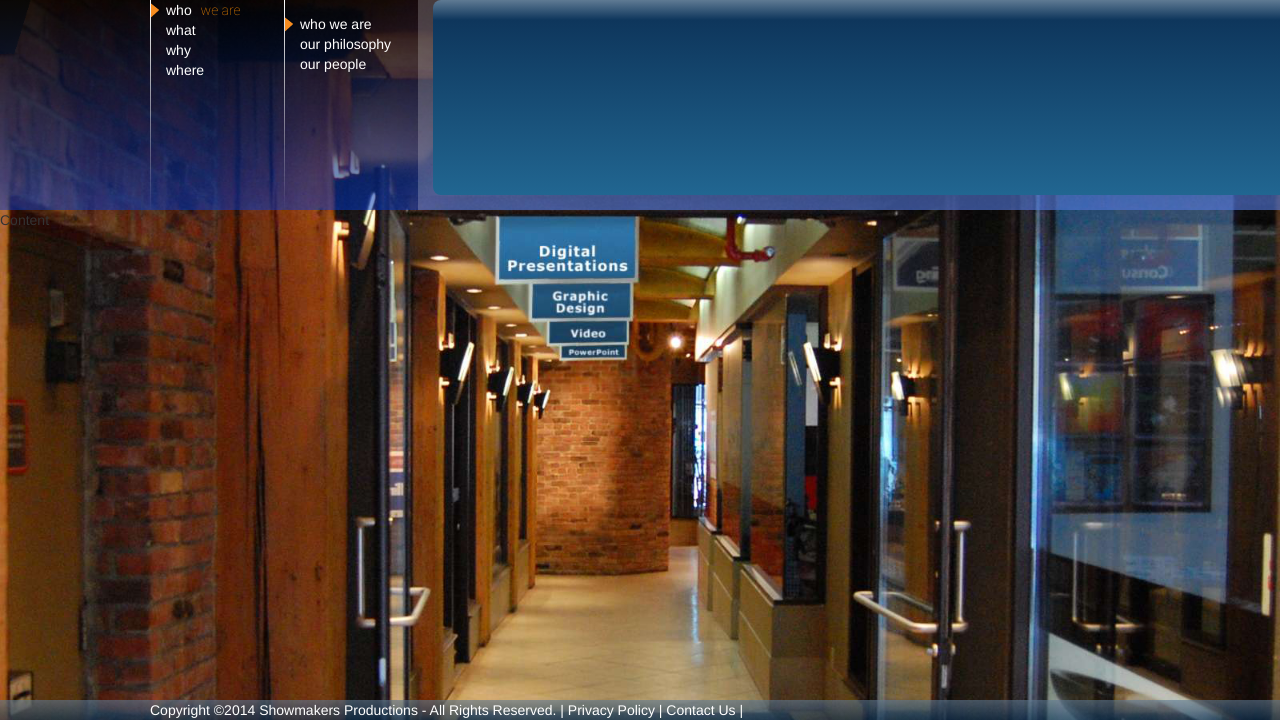
Repository: EddieMachete/showmakers
Page: index.html
The author's editor kept a record of every edit. The page is drawn from the files as they stood at one moment, then again after the next edit.
The browser window is 1280 px wide. The pictures show the whole page.

Above is the page before.
Console error: TypeError: Cannot read properties of undefined (reading 'querySelector')

After the next edit:
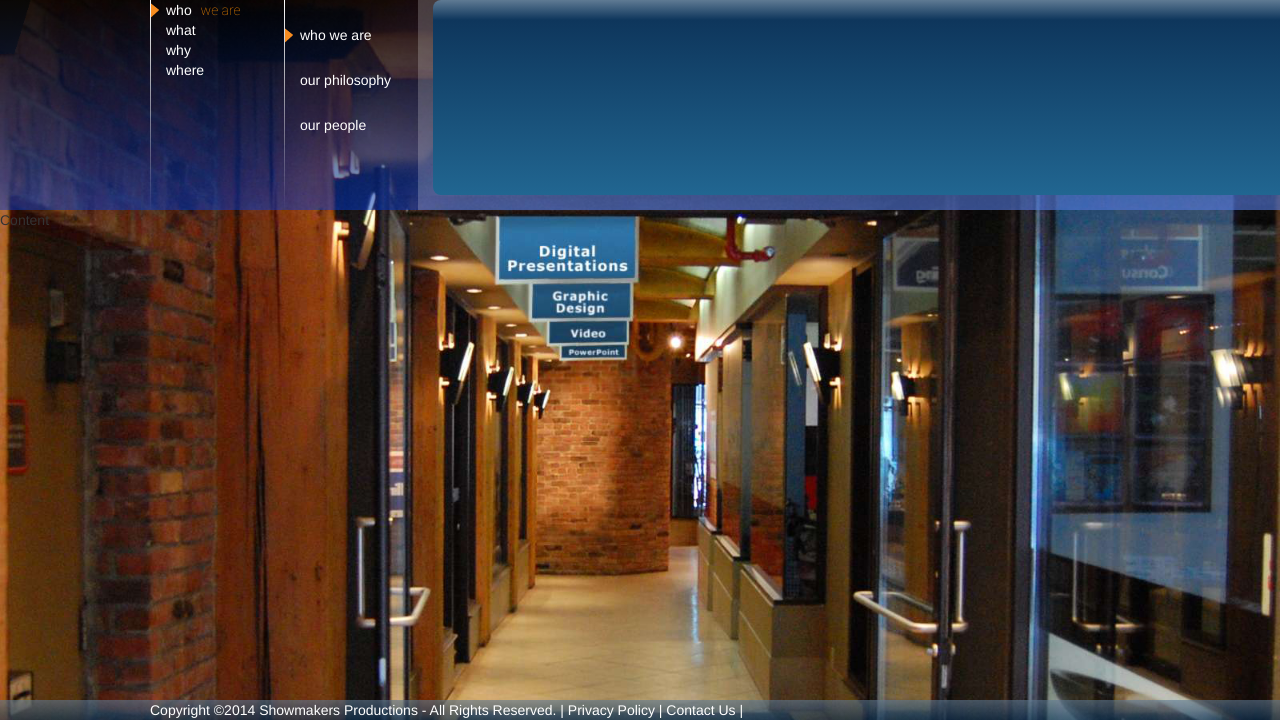
The edit:
--- a/Css/main.css
+++ b/Css/main.css
@@ -196,8 +196,13 @@
 	display: none;
 }
 
+.l-navigation .sub-sections .tall {
+	margin: 25px 0;
+}
+
 .l-navigation .sub-sections.is-active {
 	display: block;
+	margin: 25px 0;
 }
 
 /* End Navigation blocks*/
